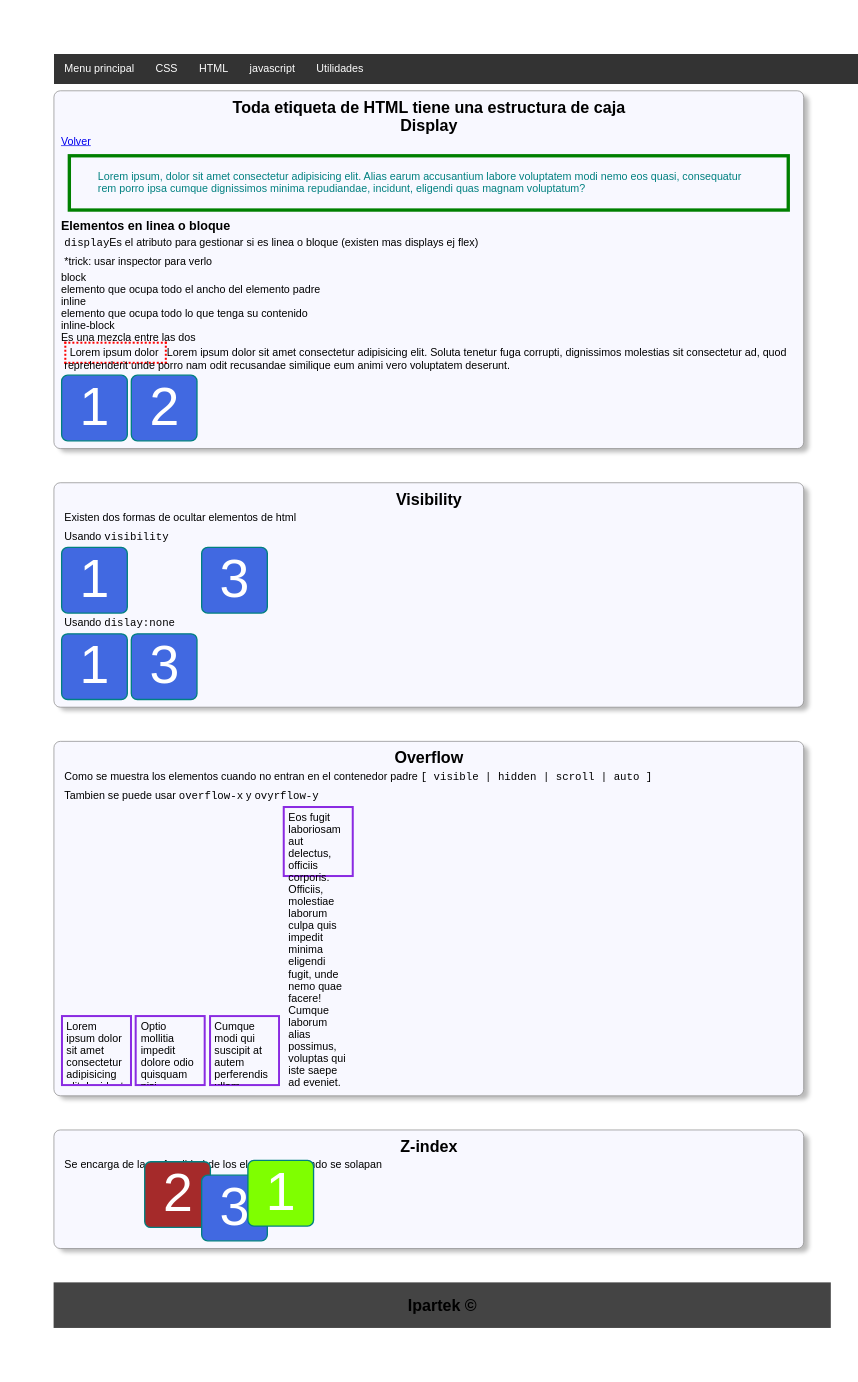
Repository: jcsanceledonio/java_2019_0396_2
Page: http://localhost/javaWebApp/ejemplos/html/box-model.jsp
The author's editor kept a copy of each file at every save. The page is drawn from the files as they stood at one save, then again after the next save.
The browser window is 1280 px wide. The pictures show the whole page, at 67% of full size.
The page is served by Tomcat 9.

Above is the page before, as saved 2019-11-20 09:39:16.

After the next save:
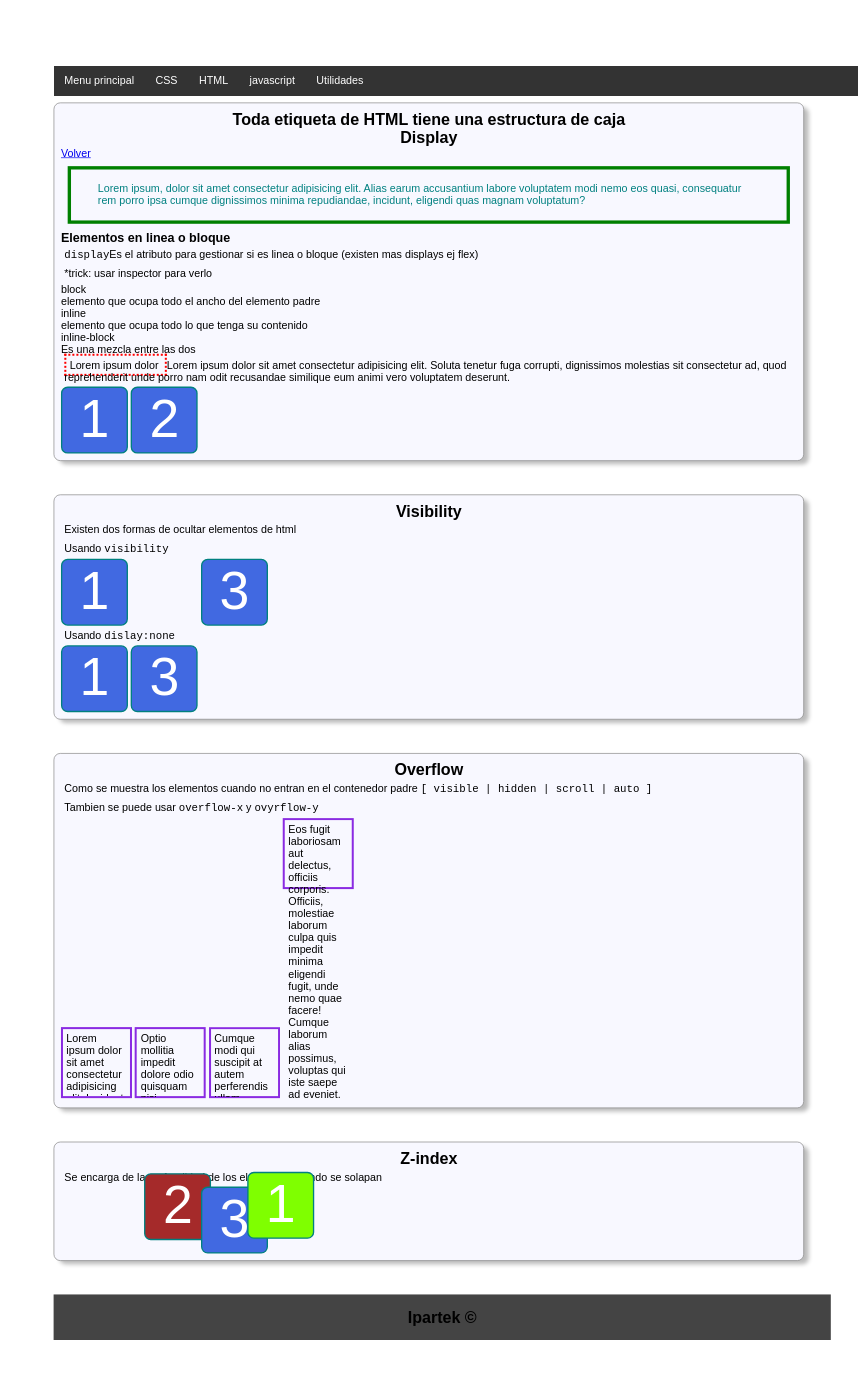
Saved 53 s later.
--- a/javaWebApp/src/main/webapp/includes/header.jsp
+++ b/javaWebApp/src/main/webapp/includes/header.jsp
@@ -17,3 +17,5 @@
 </head>
 
 <body>
+
+ <i class="fas fa-eye"></i>

After the 2 saves that followed:
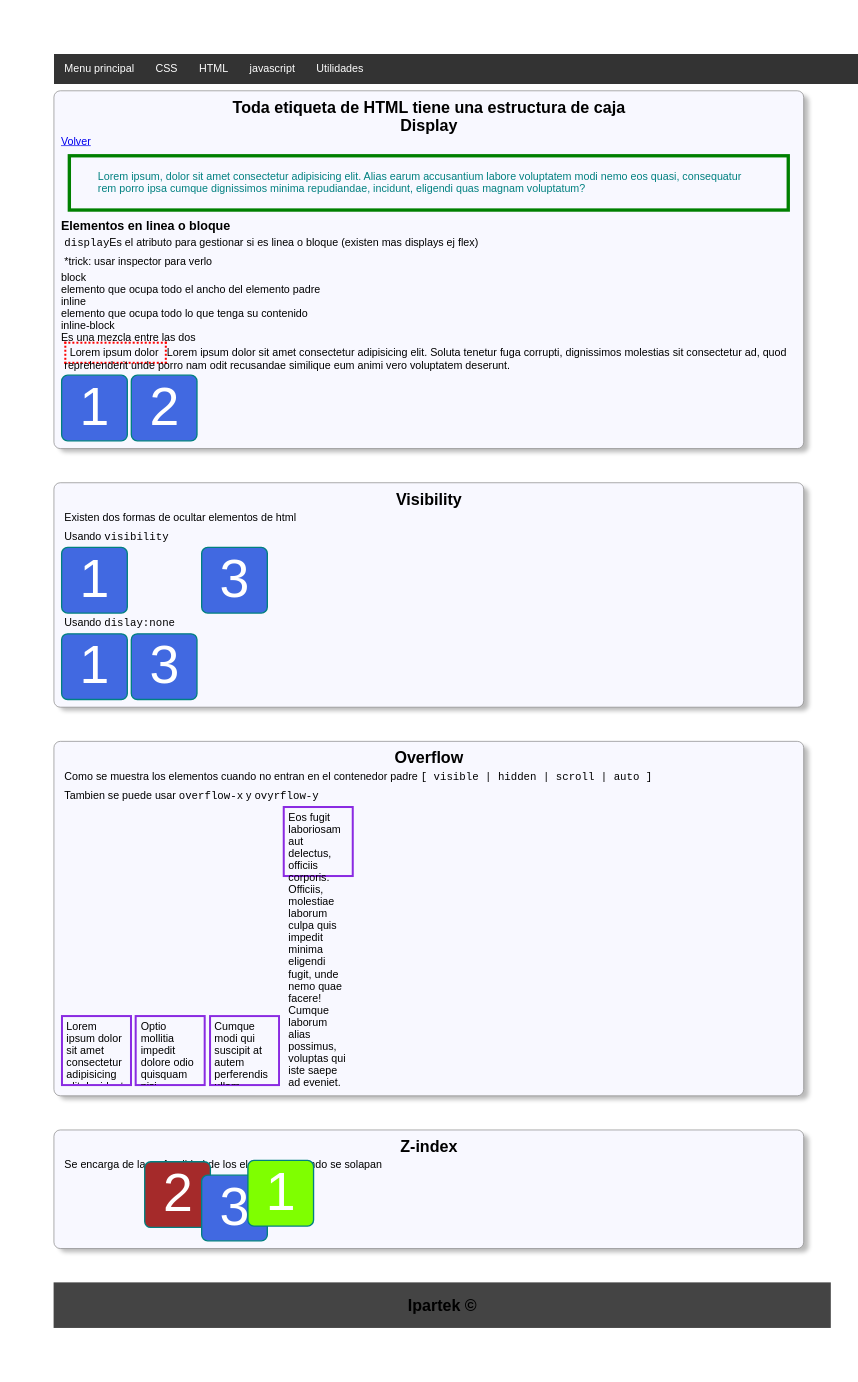
The 2 saves are shown as one change because 1 left the picture as it was.
The last was saved 76 s later.
--- a/javaWebApp/src/main/webapp/includes/header.jsp
+++ b/javaWebApp/src/main/webapp/includes/header.jsp
@@ -7,7 +7,7 @@
     <meta http-equiv="X-UA-Compatible" content="ie=edge">
     <title><%=titulo%></title>
     <link href="https://fonts.googleapis.com/icon?family=Material+Icons" rel="stylesheet">
-    <link rel="stylesheet" href="https://cdnjs.cloudflare.com/ajax/libs/font-awesome/4.7.0/css/font-awesome.min.css">
+    <link href="https://cdnjs.cloudflare.com/ajax/libs/font-awesome/4.7.0/css/font-awesome.min.css">
 
     <!-- <base href="/PruebaTecnica/"> -->
     <base href="/helloweb/">
@@ -18,4 +18,5 @@
 
 <body>
 
+
  <i class="fas fa-eye"></i>
